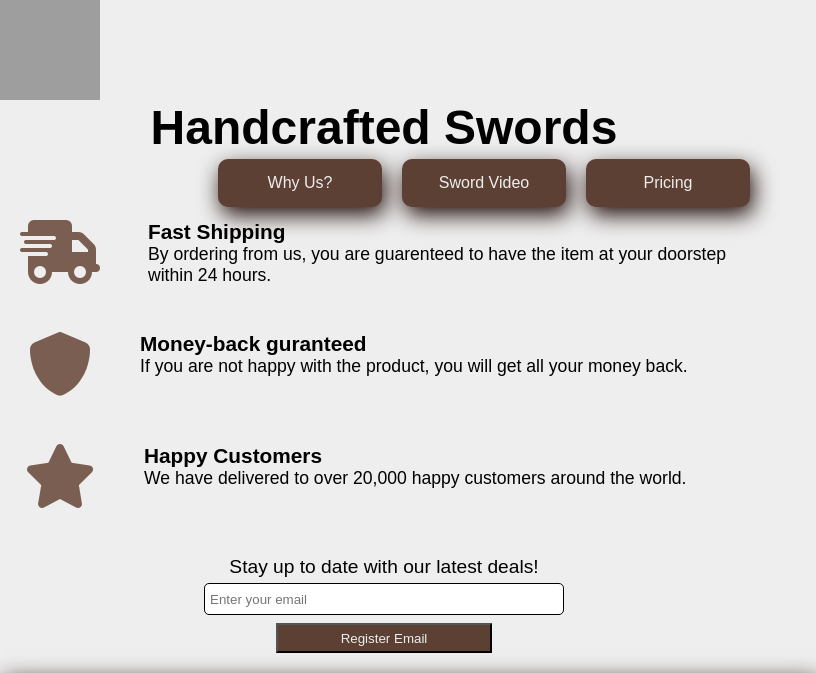
Repository: Pafestivo/Product-Landing-Page
Page: index.html
These files come from the project's save history. The page is drawn as it stood at one moment and after the next save; the edit follows.
The browser window is 768 px wide. The page is 816 px wide, so the pictures cover 816 px, including what lies to the right of the window. The pictures show the part of the page from y = 0 to 673 px (the page is 1143 px tall).
Pictures or frames that could not be fetched are drawn as grey boxes. Some web libraries are served in a nearby version.

Above is the page before, as saved 2022-09-15 20:37:34.

After the next save:
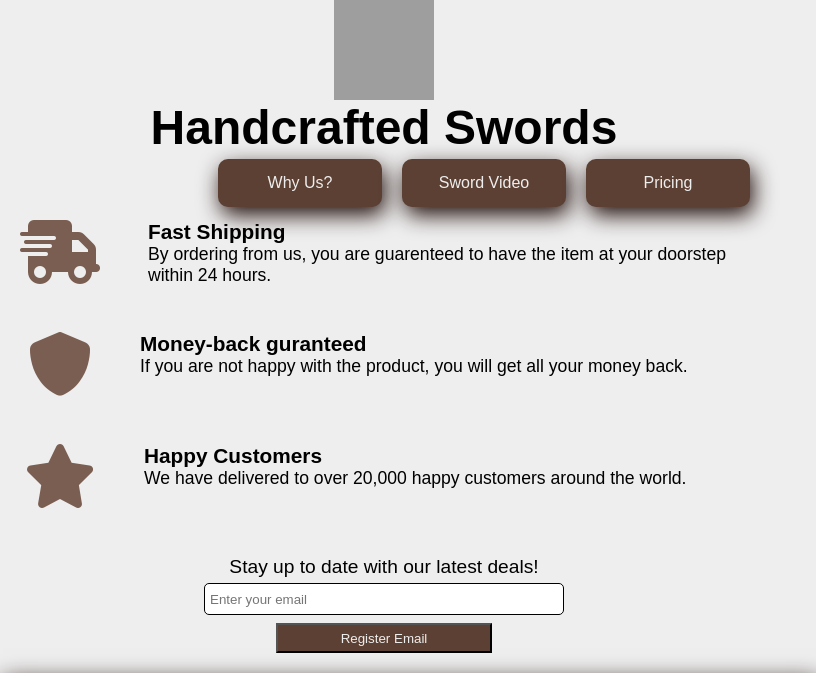
Saved 19 s later.
--- a/styles.css
+++ b/styles.css
@@ -46,7 +46,7 @@
 @media only screen and (max-width: 1000px) {
   header {
     grid-template-columns: 1fr;
-    text-align: center;
+    place-items: center;
   }
 }
 
